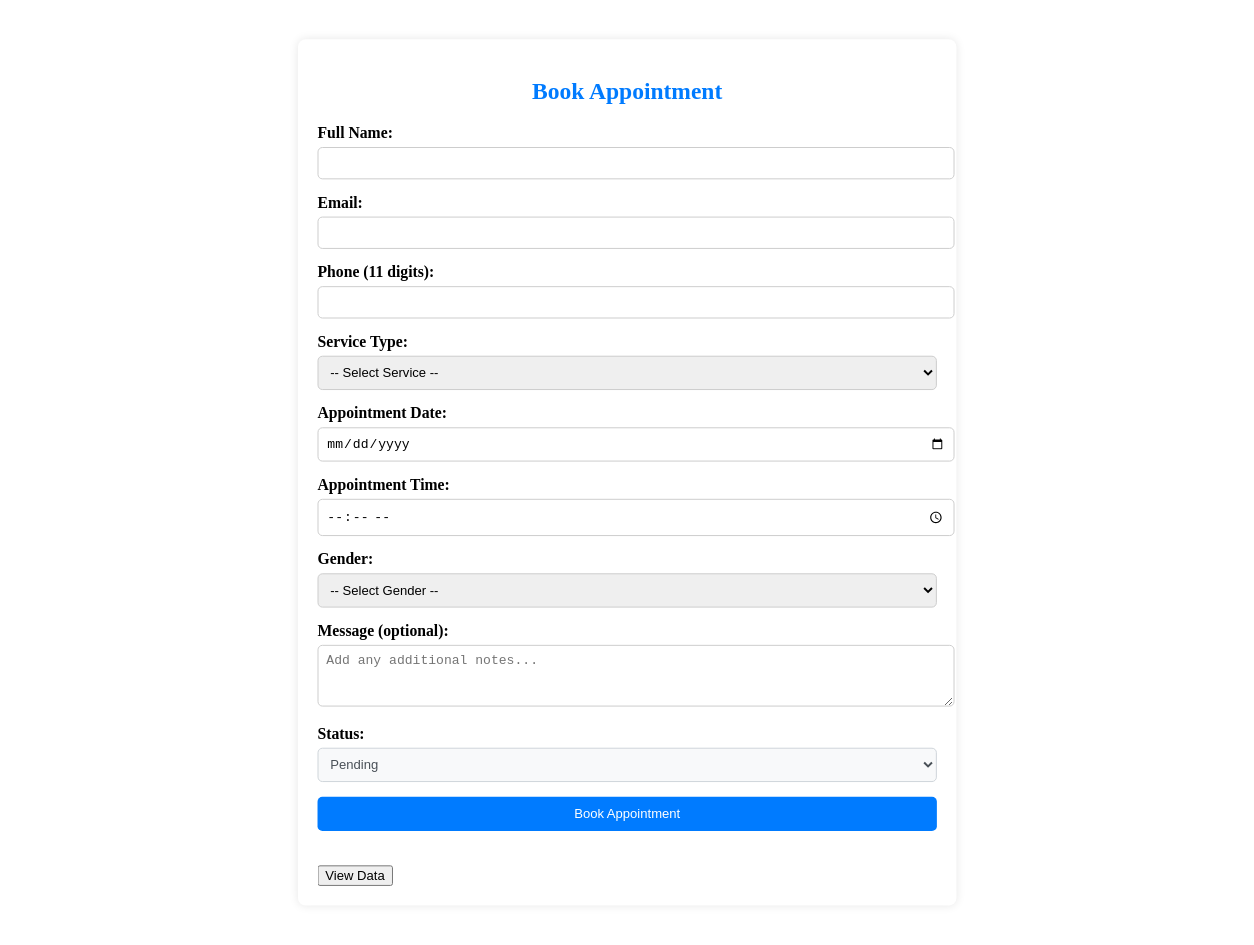
Repository: Arisha004/Hospital-Appointment-Management-System
Page: http://localhost/
These files come from the project's save history. The page is drawn as it stood at one moment and after the next save; the edit follows.
The browser window is 1280 px wide. The pictures show the whole page, at 98% of full size.
The page is run by PHP 8.4 with error messages shown; the project is at /var/www/html/.

Above is the page before, as saved 2025-10-21 01:22:35.

After the next save:
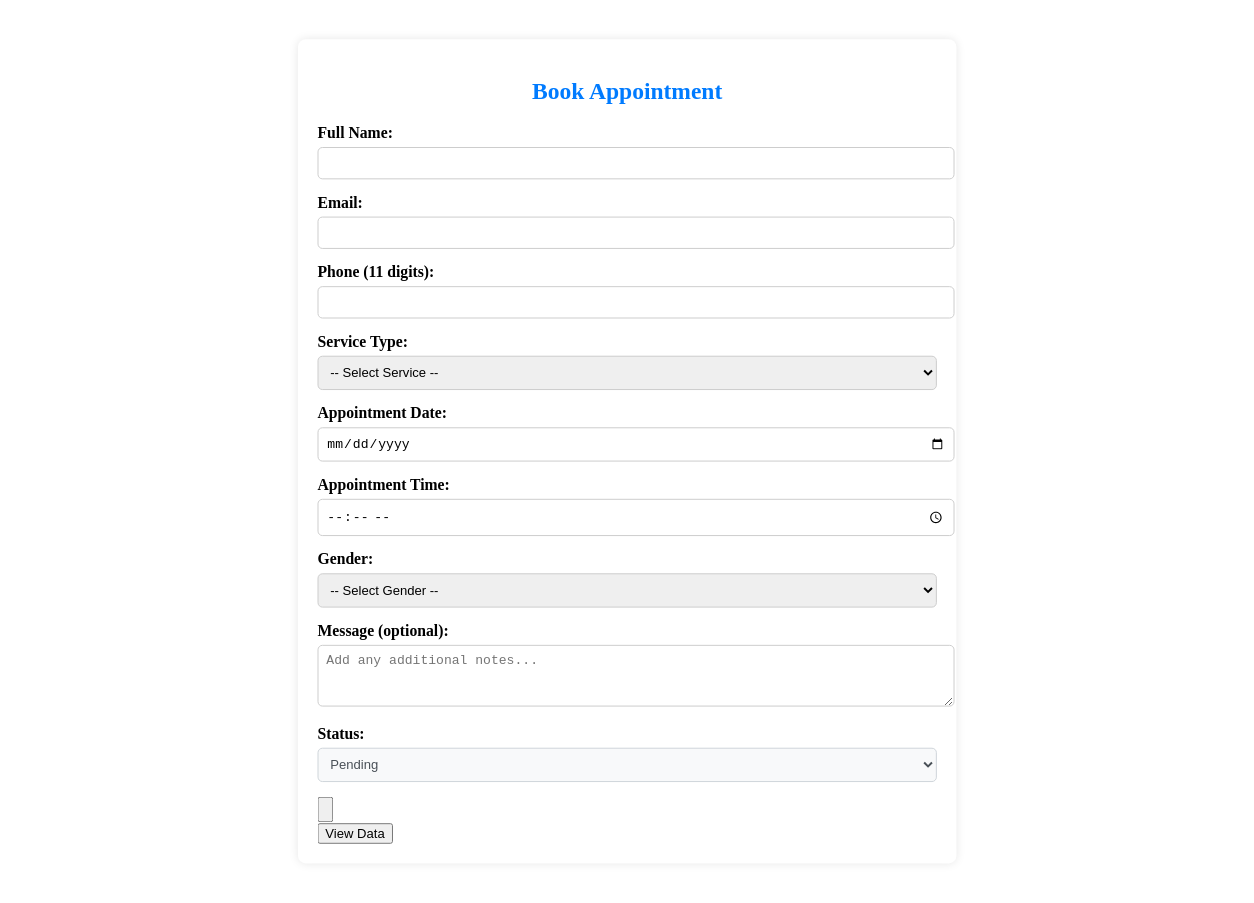
Saved 2 min 47 s later.
--- a/index.php
+++ b/index.php
@@ -95,7 +95,7 @@ select[name="status"] option[value="Completed"] { color: #17a2b8; }
 
     <input type="hidden" name="created_at" value="<?php echo date('Y-m-d H:i:s'); ?>">
 
-    <input type="submit" name="submit" value="Book Appointment">
+    <button type="submit" name="submit" value="Book Appointment">
   </form>
 
 
